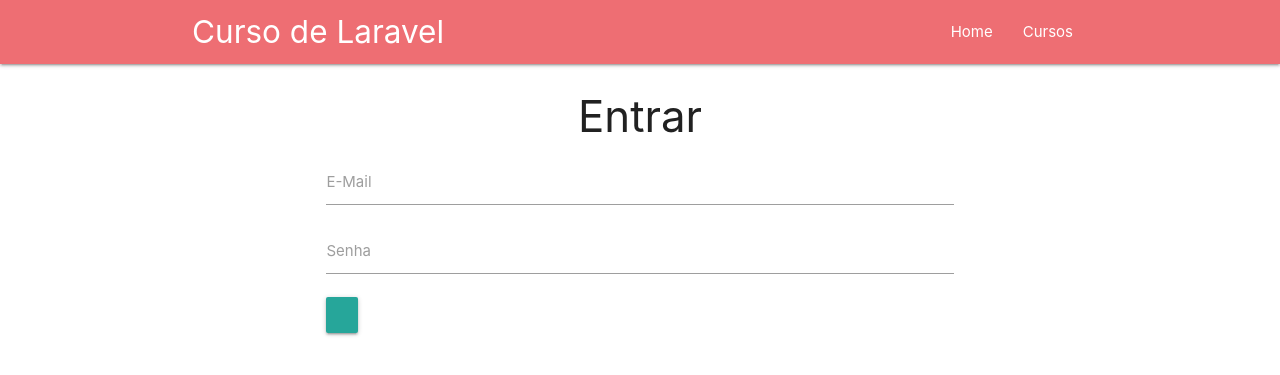
Repository: Kesteves1/Curso_Laravel
Page: http://localhost/login
An editor plug-in stored every save of this project. The page is shown before and after a run of saves, followed by the edit.
The browser window is 1280 px wide. The pictures show the whole page.
Some web libraries are served in a nearby version. The page is served by the project's Laravel application, run on PHP 8.4 with Laravel 8. Other server files are loaded and not shown.

Above is the page before, as saved 2022-04-13 09:55:09.
Console error: TypeError: $(...).sideNav is not a function

### routes/web.php
<?php

use App\Http\Controllers\ContatoController;
use App\Http\Controllers\Site\HomeController;
use Illuminate\Support\Facades\Route;
use App\Http\Controllers\Site\LoginController;


/*
|--------------------------------------------------------------------------
| Web Routes
|--------------------------------------------------------------------------
|
| This file is where you may define all of the routes that are handled
| by your application. Just tell Laravel the URIs it should respond
| to using a Closure or controller method. Build something great!
|
*/

/*Route::get('/', function ()
{
    return view('home');
});*/

//Route::get('/', [ContatoController::class, 'index']);
Route::get('/', [HomeController::class, 'index'])->name('site.home');
Route::get('/login', [LoginController::class, 'index'])->name('site.login');
Route::get('/sair', [LoginController::class, 'index'])->name('site.sair');
Route::post('/login/entrar', [LoginController::class, 'entrar'])->name('site.login.entrar');

// Route::post('/contato', ['uses' => 'ContatoController@criar']);

//Route::get('/contato', [ContatoController::class, 'index']);

Route::get('/admin/cursos', [ContatoController::class, 'cursos']);
//Route::get('/admin', [ContatoController::class, 'admin']);

// Route::put('/contato', ['uses' => 'ContatoController@editar']);
//Route::get('/contato/editar', [ContatoController::class, 'editar']);
//Route::get('/contato/criar', [ContatoController::class, 'criar'])->name('contato.criar');



Route::group(['middleware' => 'auth'], function(){

        // Route::post('/admin/cursos/salvar',['as'=>'admin.cursos.salvar','uses'=>'Admin\CursoController@salvar']);
    Route::post('/admin/cursos/salvar', [ContatoController::class, 'salvar'])->name('admin.cursos.salvar');

    // Route::get('/admin/cursos/adicionar',['as'=>'admin.cursos.adicionar','uses'=>'Admin\CursoController@adicionar']);
    Route::get('/admin/cursos/adicionar', [ContatoController::class, 'adicionar'])->name('admin.cursos.adicionar');

    // Route::get('/admin/cursos',['as'=>'admin.cursos','uses'=>'Admin\CursoController@index']);
    Route::get('/admin/cursos/{id?}', [ContatoController::class, 'index'])->name('admin.cursos');

    // Route::get('/admin/cursos/editar/{id}',['as'=>'admin.cursos.editar','uses'=>'Admin\CursoController@editar']);
    Route::get('/admin/cursos/editar/{id}', [ContatoController::class, 'editar'])->name('admin.cursos.editar');

    // Route::put('/admin/cursos/atualizar/{id}',['as'=>'admin.cursos.atualizar','uses'=>'Admin\CursoController@atualizar']);
    Route::put('/admin/cursos/atualizar/{id}', [ContatoController::class, 'atualizar'])->name('admin.cursos.atualizar');

    // Route::get('/admin/cursos/deletar/{id}',['as'=>'admin.cursos.deletar','uses'=>'Admin\CursoController@deletar']);
    Route::get('/admin/cursos/deletar/{id}', [ContatoController::class, 'deletar'])->name('admin.cursos.deletar');

});

### app/Http/Controllers/Site/LoginController.php
<?php

namespace App\Http\Controllers\Site;

use App\Http\Controllers\Controller;
use Illuminate\Http\Request;
use Auth;
use Illuminate\Support\Facades\Auth as FacadesAuth;

class LoginController extends Controller
{
    public function index()
    {
        return view('login.index');
    }
    public function entrar(request $req)
    {
        $dados = $req->all();
        if(FacadesAuth::attempt(['email'=>$dados['email'], 'password'=>$dados['senha']]))
        {
            return redirect()->route('admin.cursos');
        }
        return redirect()->route('login.index');
    }

    public function sair()
    {
        return redirect()->route('site.home');
    }
}

### resources/views/login/index.blade.php
@extends('layout.site')

@section('titulo', 'Contatos')

@section('conteudo')
    <div class="container">
        <h3 class="center">Entrar</h3>
            <div class="row">
                <form class="" method="POST" enctype="multipart/form-data" action="{{route('site.login.entrar')}}">
                        @csrf
                            <div class="container">
                                <div class="input-field">
                                    <input type="text" name="email" >
                                    <label >E-Mail</label>
                                </div>
                                <div class="input-field">
                                    <input type="password" name="senha" >
                                    <label >Senha</label>
                                </div>
                                <button class="btn"></button>
                </form>
            </div>
    </div>
@endsection

### resources/views/layout/site.blade.php

@include('layout._includes.topo')

@yield('conteudo')

@include('layout._includes.footer')

### resources/views/layout/_includes/topo.blade.php
<!DOCTYPE html>
<html>

<head>
    <title>@yield('titulo')</title>
    <!--Import Google Icon Font-->
    <link href="https://fonts.googleapis.com/icon?family=Material+Icons" rel="stylesheet">
    <!-- Compiled and minified CSS -->
    <link rel="stylesheet" href="https://cdnjs.cloudflare.com/ajax/libs/materialize/1.0.0/css/materialize.min.css">

    <!--Let browser know website is optimized for mobile-->
    <meta name="viewport" content="width=device-width, initial-scale=1.0" />
</head>

<body>
    <header>

        <nav>
            <div class="container">
                <div class="nav-wrapper deep-orange">
                    <a href="{{route('admin.cursos')}}" class="brand-logo">Curso de Laravel</a>
                    <a href="#" data-target="mobile-demo" class="sidenav-trigger"><i class="material-icons">menu</i></a>
                    <ul class="right hide-on-med-and-down">
                        <li><a href="{{ route('site.home')}}">Home</a></li>
                        <li><a href="{{ route('admin.cursos') }}">Cursos</a></li>
                    </ul>
                </div>
            </div>
        </nav>

        <ul class="sidenav" id="mobile">
            <li><a href="/">Home</a></li>
            <li><a href="{{ route('admin.cursos') }}">Cursos</a></li>
        </ul>


    </header>

### resources/views/layout/_includes/footer.blade.php
<!-- Compiled and minified JavaScript -->
<script type="text/javascript" src="https://code.jquery.com/jquery-2.1.1.min.js"></script>
<script src="https://cdnjs.cloudflare.com/ajax/libs/materialize/1.0.0/js/materialize.min.js"></script>
<script type="text/javascript">


    $(document).ready(function() {

        // Materialize.updatetextFields();
        $(".button-collapse").sideNav();

        document.addEventListener('DOMContentLoaded', function() {
            var elems = document.querySelectorAll('.sidenav');
            var instances = M.Sidenav.init(elems, options);
        });

        // Or with jQuery

        $(document).ready(function() {
            $('.sidenav').sidenav();

        });
    });
</script>

</body>

</html>

Loaded but not shown: app/Http/Controllers/Controller.php (common file)

After the next 3 saves:
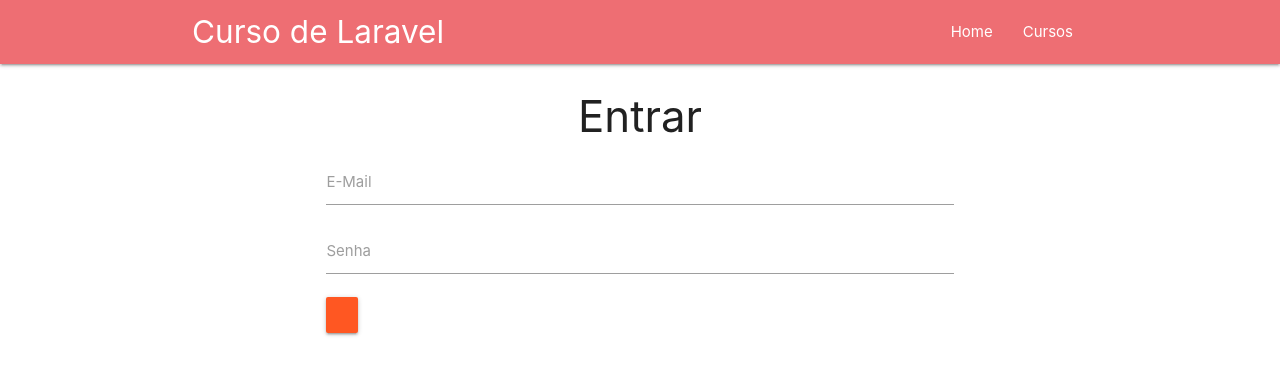
The 3 saves are shown as one change because they came seconds apart.
The last was saved 7 s later.
--- a/resources/views/login/index.blade.php
+++ b/resources/views/login/index.blade.php
@@ -17,7 +17,7 @@
                                     <input type="password" name="senha" >
                                     <label >Senha</label>
                                 </div>
-                                <button class="btn"></button>
+                                <button class="btn deep-orange"></button>
                 </form>
             </div>
     </div>
